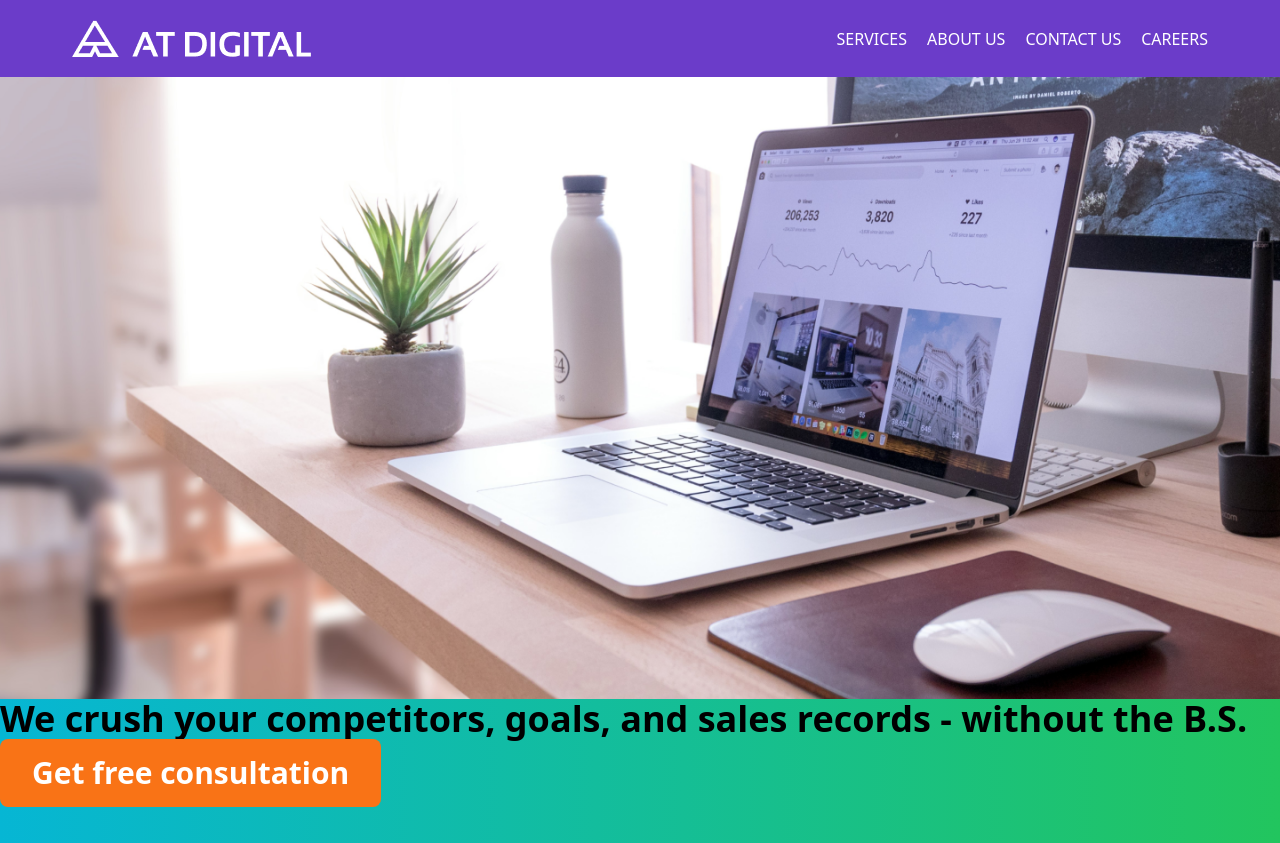
Repository: Milith97/AT-Digital-Website
Page: /
The author's editor kept a copy of each file at every save. The page is drawn from the files as they stood at one save, then again after the next save.
The browser window is 1280 px wide. The pictures show the whole page.
The project was rebuilt for these pictures with package versions that can differ from the ones it lists, and the page was loaded fresh each time. Also part of the build but not shown: vite.config.js.

Above is the page before, as saved 2024-04-06 19:40:19.

### src/App.jsx
// App.js or your main component file
import React from 'react';
import NavBar from './Components/NavBar';
import HomePage from './Components/HomePage';

function App() {
  return (
    <div className="App">
      <NavBar />
      <HomePage />
    </div>
  );
}

export default App;

### src/Components/NavBar.jsx
import React, { useState } from 'react';
import Logo from '../assets/Img/Logo.png';

const NavBar = () => {
    const [isOpen, setIsOpen] = useState(false);

    return (
        <nav className="bg-[#6B3CC9]">
            <div className="max-w-1440px max-h-20 xl:px-16 md:px-7 sm:px-11 max-lg:mx-6">
                <div className="flex justify-between">
                    <div>
                        <a href="#" className={`flex items-center py-5 sm:px-2 ${isOpen ? 'hidden' : 'flex'}`}>
                            <img src={Logo} alt="Logo" />
                        </a>
                    </div>
                    <div className={`hidden md:flex font-medium text-white items-center space-x-1 ${isOpen ? 'flex' : 'hidden'}`}>
                        <a href="#" className="py-5 px-2 ">SERVICES</a>
                        <a href="#" className="py-5 px-2 ">ABOUT US</a>
                        <a href="#" className="py-5 px-2 ">CONTACT US</a>
                        <a href="#" className="py-5 px-2 ">CAREERS</a>
                    </div>
                    <div className="md:hidden flex items-center ">
                        <button onClick={() => setIsOpen(!isOpen)} className="text-white focus:outline-none">
                            {!isOpen ? (
                                <svg className="h-14 w-10" stroke="white" viewBox="0 0 24 24" >
                                    <path strokeLinecap="round" strokeLinejoin="round" strokeWidth="3" d="M4 6h16M4 12h16M4 18h16" />
                                </svg>
                            ) : (
                                <svg className="h-12 w-8" stroke="black" viewBox="0 0 24 24" >
                                    <path strokeLinecap="round" strokeLinejoin="round" strokeWidth="3" d="M6 18L18 6M6 6l12 12" />
                                </svg>
                            )}
                        </button>
                    </div>
                </div>
            </div>
            <div className={`${isOpen ? 'block' : 'hidden'} md:hidden`}>
                <div className="bg-white">
                    <a href="#" className="block py-2 px-4 text-sm text-black-500 ">HOME</a>
                    <a href="#" className="block py-2 px-4 text-sm text-black-500">SERVICES</a>
                    <a href="#" className="block py-2 px-4 text-sm text-black-500">ABOUT US</a>
                    <a href="#" className="block py-2 px-4 text-sm text-black-500">CONTACT US</a>
                    <a href="#" className="block py-2 px-4 text-sm text-black-500">CAREERS</a>
                </div>
            </div>
        </nav>
    );
};

export default NavBar;

### src/Components/HomePage.jsx
import React from 'react';
import backgroundImage from '../assets/Img/Home.png';

const HomePage = () => {
    return (
        <div>
            <img src={backgroundImage} alt="Home Image" />
            <div className='h-36 max-w-full bg-gradient-to-r from-cyan-500 to-green-500'>
                <div className='text-lg'>
                    <p className='font-semibold text-4xl'>We crush your competitors, goals, and sales records - without the B.S.</p>
                    <div>
                        <button className='bg-orange-500 text-white font-bold text-3xl px-8 py-4 rounded-lg'>Get free consultation</button>
                    </div>
                </div>
            </div>
        </div>
    );
};

export default HomePage;

Loaded but not shown: index.html (common file); src/main.jsx (common file); src/index.css (common file); tailwind.config.js (common file)

After the next save:
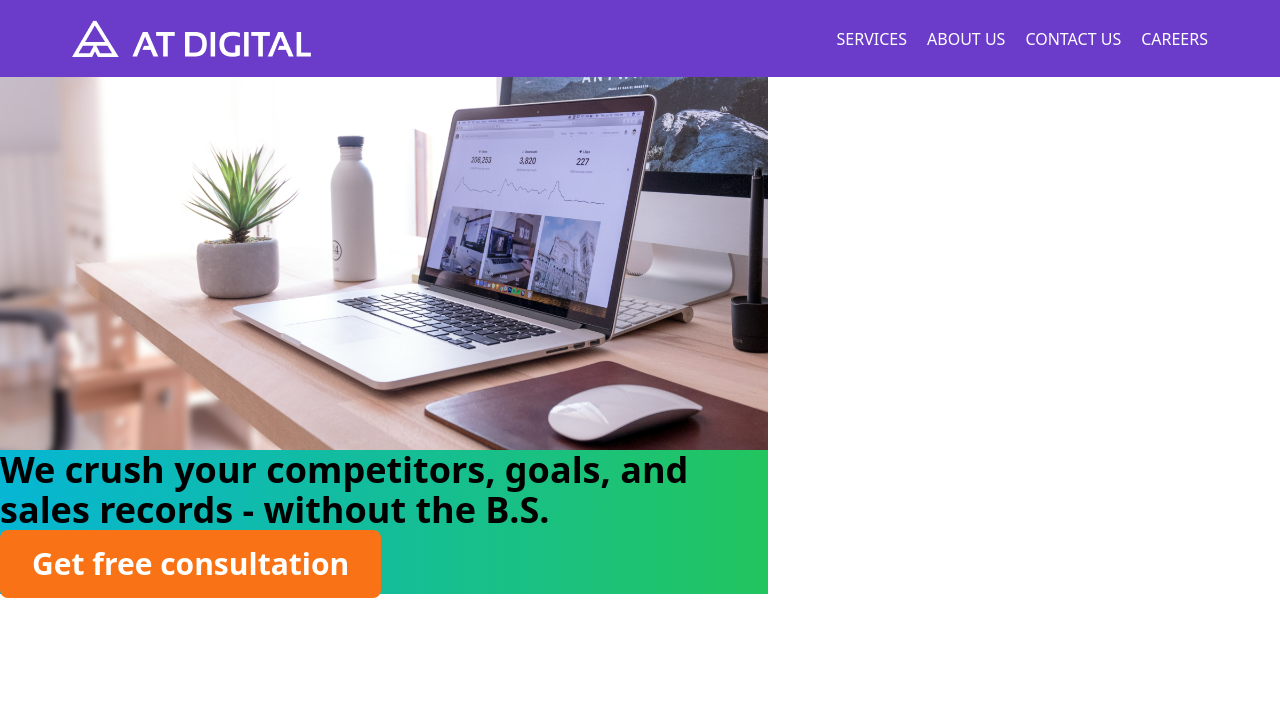
Saved 66 s later.
--- a/src/Components/HomePage.jsx
+++ b/src/Components/HomePage.jsx
@@ -3,7 +3,7 @@
 
 const HomePage = () => {
     return (
-        <div>
+        <div style={{ width: '768px', height: '258px' }}>
             <img src={backgroundImage} alt="Home Image" />
             <div className='h-36 max-w-full bg-gradient-to-r from-cyan-500 to-green-500'>
                 <div className='text-lg'>

After the save that followed:
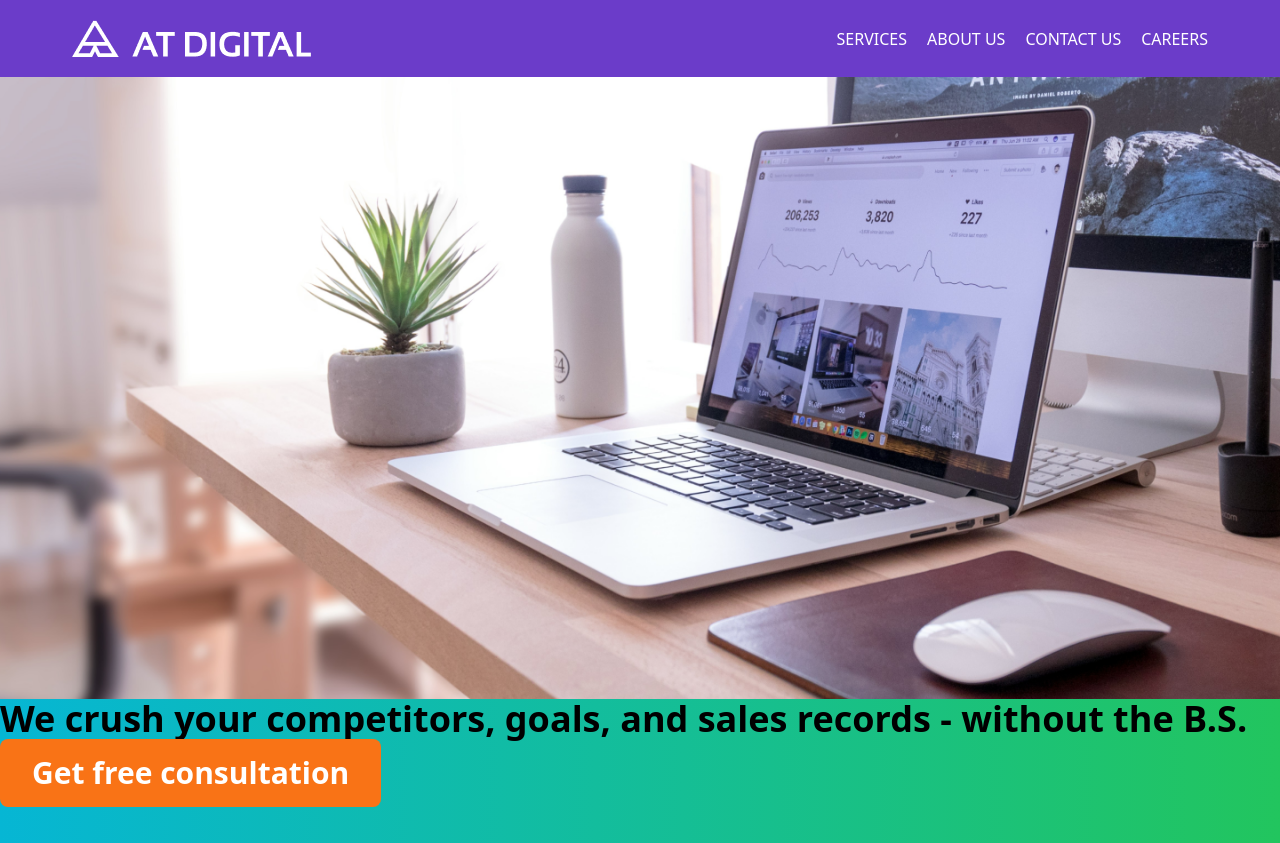
Saved 5 s later.
--- a/src/Components/HomePage.jsx
+++ b/src/Components/HomePage.jsx
@@ -3,7 +3,7 @@
 
 const HomePage = () => {
     return (
-        <div style={{ width: '768px', height: '258px' }}>
+        <div>
             <img src={backgroundImage} alt="Home Image" />
             <div className='h-36 max-w-full bg-gradient-to-r from-cyan-500 to-green-500'>
                 <div className='text-lg'>
